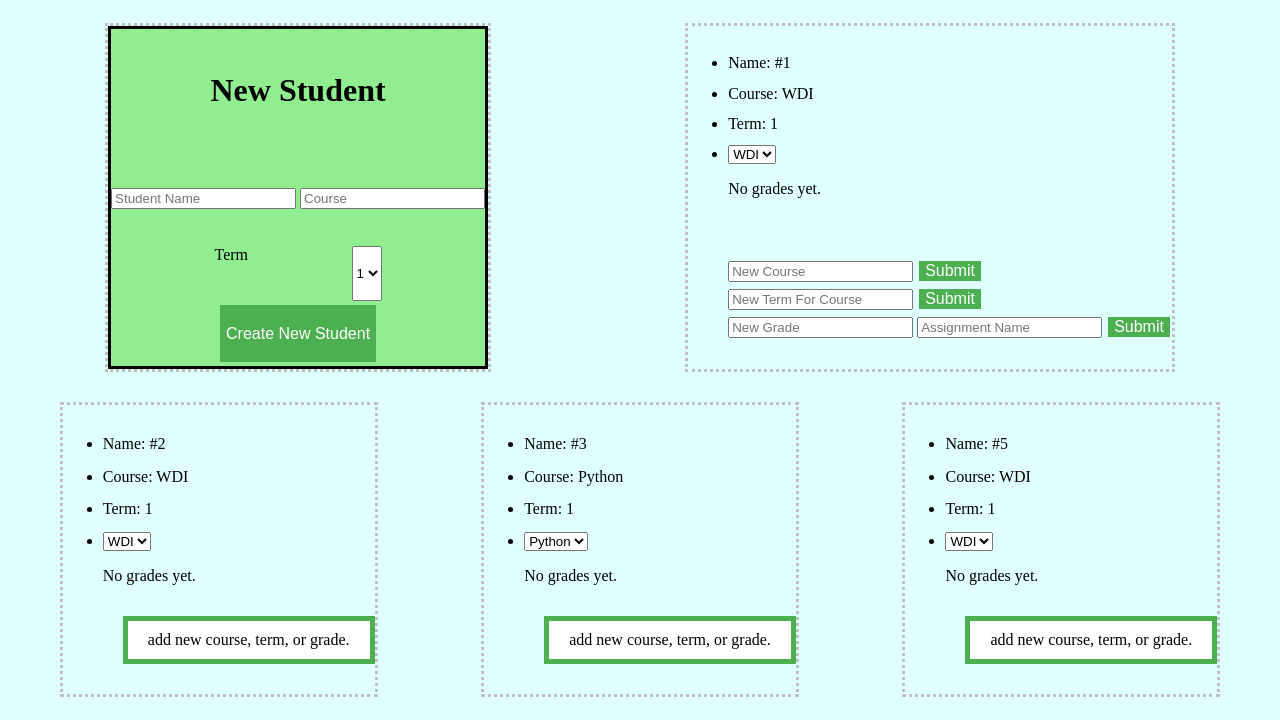
Repository: EdmontDantes/graderaide-fullstack-solution
Page: index.html
An editor plug-in stored every save of this project. The page is shown before and after a run of saves, followed by the edit.
The browser window is 1280 px wide. The pictures show the whole page.

Above is the page before, as saved 2020-04-22 13:55:18.

After the next 3 saves:
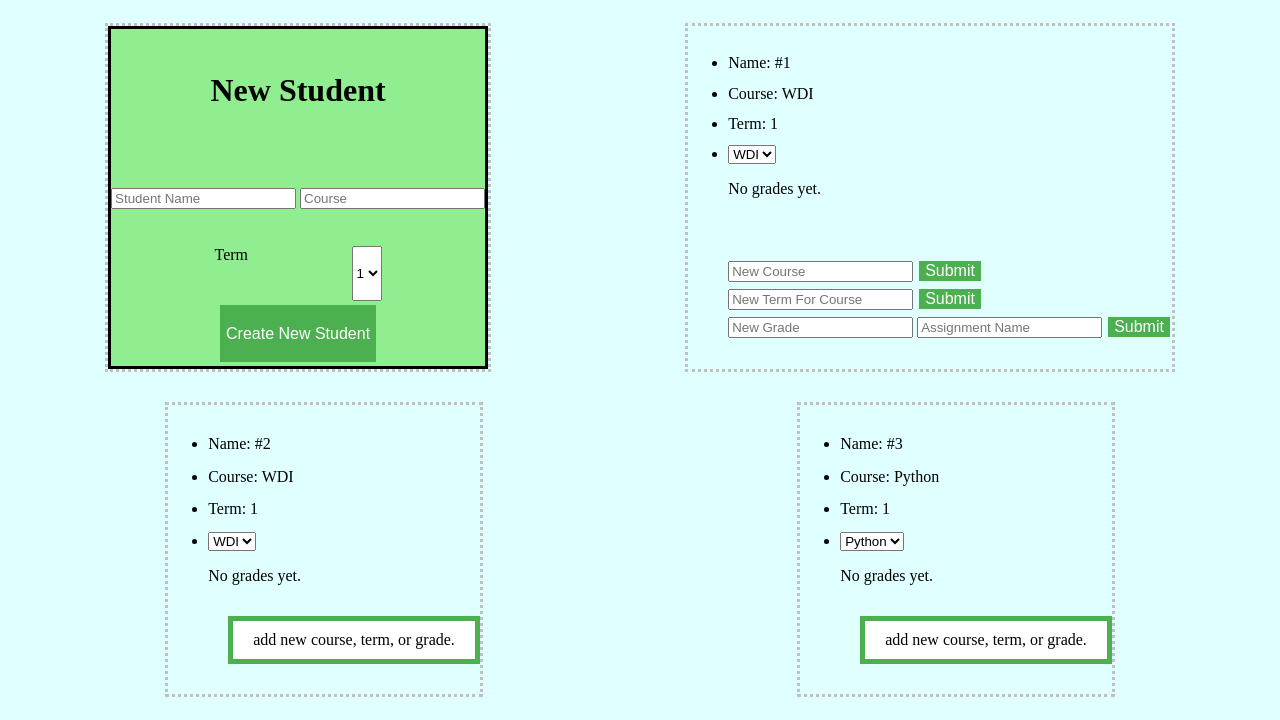
The 3 saves are shown as one change because they came seconds apart.
The last was saved 18 s later.
--- a/index.html
+++ b/index.html
@@ -94,29 +94,6 @@
         </ul>
       </section>
 
-
-
-      <section class="student-display">
-        <ul class="student-info">
-          <li>Name: #5</li>
-          <li>Course: WDI</li>
-          <li>Term: 1</li>
-          <li>
-            <select class="course-selection">
-              <option value="wdi">WDI</option>
-            </select>
-            <p>No grades yet.</p>
-          </li><a href="add.html">add new course, term, or grade.</a>
-        </ul>
-      </section>
-
-
-
-
-
-
-
-
       </section>
     </section>
   </body>
